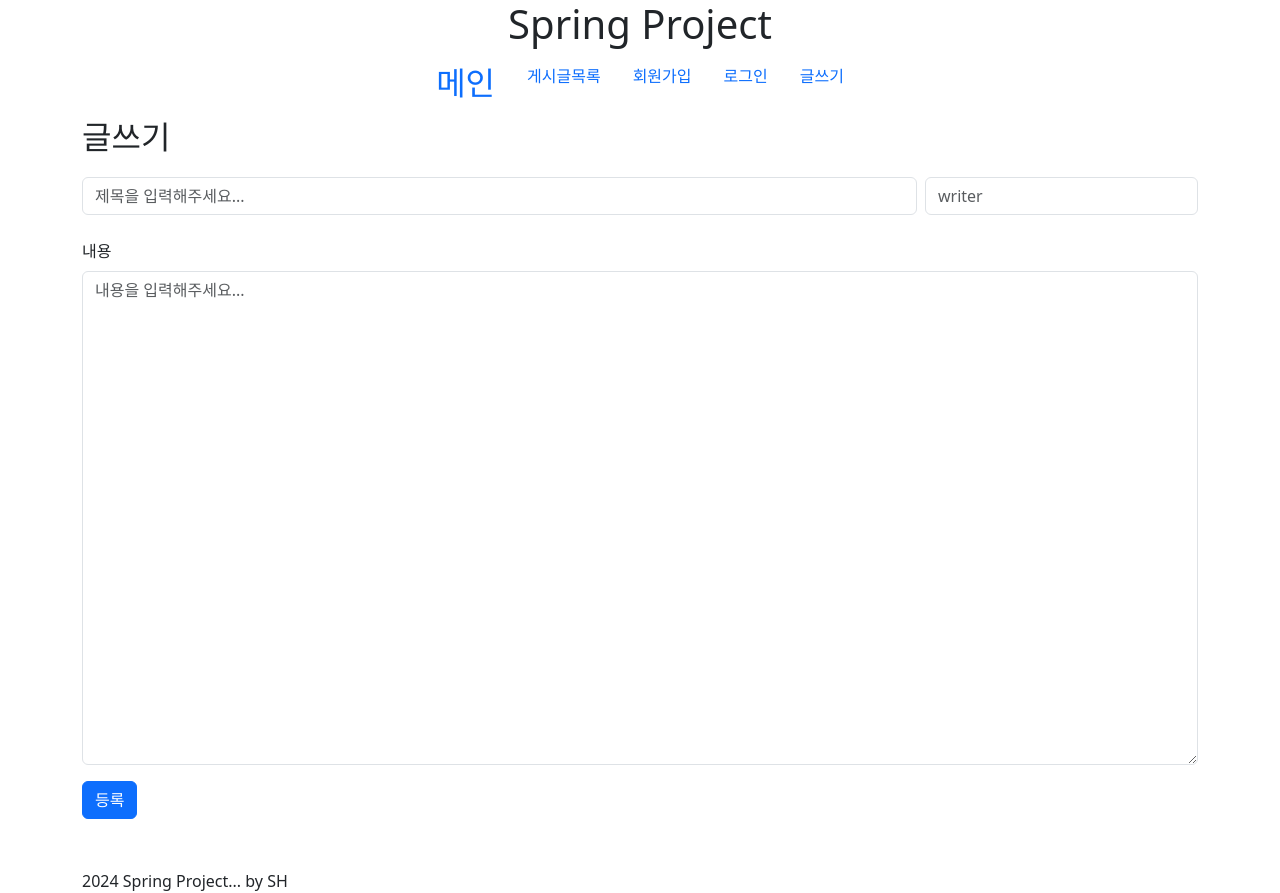
Repository: dtkd19/spring_personal_project
Page: http://localhost/myproject/WEB-INF/views/board/register.jsp
The author's editor kept a copy of each file at every save. The page is drawn from the files as they stood at one save, then again after the next save.
The browser window is 1280 px wide. The pictures show the whole page.
The page is served by Tomcat 9. Nobody is signed in. Other server files are loaded and not shown. The template is opened directly, without the code that normally fills it, so the values that code supplies are empty.

Above is the page before, as saved 2024-11-07 02:09:00.

### myproject/src/main/webapp/WEB-INF/views/board/register.jsp
<%@ page language="java" contentType="text/html; charset=UTF-8"
	pageEncoding="UTF-8"%>
<%@ taglib uri="http://java.sun.com/jsp/jstl/core" prefix="c"%>

<jsp:include page="../layout/header.jsp" />

<div class="container-md">
	<h2 style="margin-bottom: 20px">글쓰기</h2>
	<form action="/board/register" method="post">
		<div class="row g-2">
		  <div class="col-sm-9">
		   <input type="text"class="form-control" id="t" name="title" placeholder="제목을 입력해주세요...">
		  </div>
		  <div class="col-sm">
		    <input type="text" class="form-control" id="w" name="writer" placeholder="writer">
		  </div>
		</div>
		<div class="mb-3">
		<br>
			<label for="c" class="form-label">내용</label>
			<textarea class="form-control" id="c" rows="20" cols="5" name="content" placeholder="내용을 입력해주세요..."></textarea>
		</div>
		<button type="submit" class="btn btn-primary" id="regBtn">등록</button>
	</form>

</div>

<jsp:include page="../layout/footer.jsp" />

### myproject/src/main/webapp/WEB-INF/views/layout/header.jsp
<%@ page language="java" contentType="text/html; charset=UTF-8"
    pageEncoding="UTF-8"%><%@ taglib uri="http://java.sun.com/jsp/jstl/core" prefix="c"%>
<!DOCTYPE html>
<html>
<head>
<meta charset="UTF-8">
<title>header.jsp</title>
<link href="https://cdn.jsdelivr.net/npm/bootstrap@5.3.3/dist/css/bootstrap.min.css" rel="stylesheet" integrity="sha384-QWTKZyjpPEjISv5WaRU9OFeRpok6YctnYmDr5pNlyT2bRjXh0JMhjY6hW+ALEwIH" crossorigin="anonymous">
<script src="https://cdn.jsdelivr.net/npm/bootstrap@5.3.3/dist/js/bootstrap.bundle.min.js" integrity="sha384-YvpcrYf0tY3lHB60NNkmXc5s9fDVZLESaAA55NDzOxhy9GkcIdslK1eN7N6jIeHz" crossorigin="anonymous"></script>
</head>
<body>
<div class="container-md">
<h1 style="text-align: center;">
	Spring Project
</h1>
<ul class="nav justify-content-center">
  <li class="nav-item">
    <h2><a class="nav-link active" aria-current="page" href="/">메인</a></h2>
  </li>
  <li class="nav-item">
    <a class="nav-link" href="/board/list">게시글목록</a>
  </li>
  <li class="nav-item">
    <a class="nav-link" href="#">회원가입</a>
  </li>
  <li class="nav-item">
    <a class="nav-link" href="#">로그인</a>
  </li>
  <li class="nav-item">
    <a class="nav-link" href="/board/register">글쓰기</a>
  </li>
</ul>




</div>
</body>
</html>

### myproject/src/main/webapp/WEB-INF/views/layout/footer.jsp
<%@ page language="java" contentType="text/html; charset=UTF-8"
    pageEncoding="UTF-8"%>
<%@ taglib uri="http://java.sun.com/jsp/jstl/core" prefix="c"%>

	<div class="container-md">
		<div style= "vertical-align: middle; margin-top: 50px" >
		2024 Spring Project... by SH
		</div>
	</div>
</body>
</html>

After the next save:
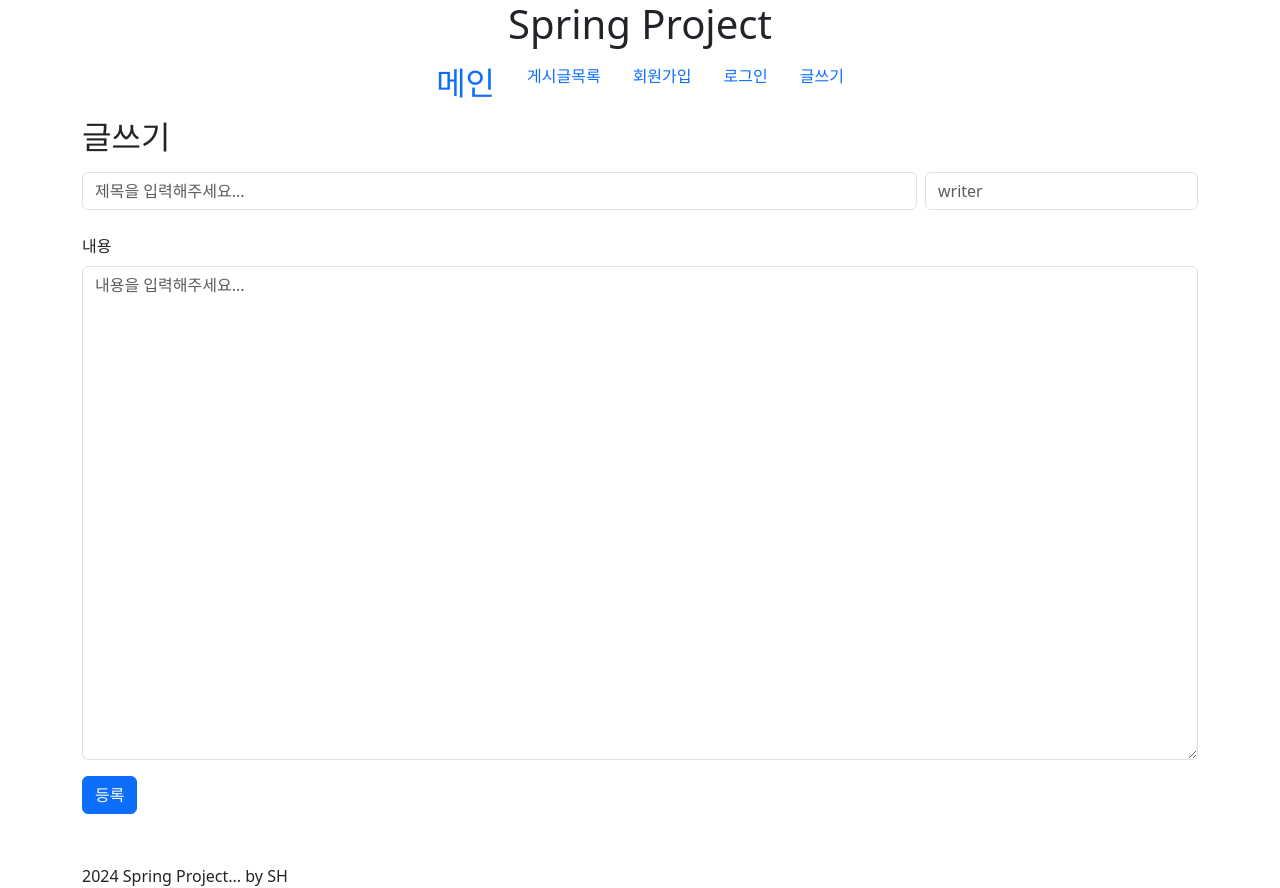
Saved 7 s later.
--- a/myproject/src/main/webapp/WEB-INF/views/board/register.jsp
+++ b/myproject/src/main/webapp/WEB-INF/views/board/register.jsp
@@ -5,7 +5,7 @@
 <jsp:include page="../layout/header.jsp" />
 
 <div class="container-md">
-	<h2 style="margin-bottom: 20px">글쓰기</h2>
+	<h2 style="margin-bottom: 15px">글쓰기</h2>
 	<form action="/board/register" method="post">
 		<div class="row g-2">
 		  <div class="col-sm-9">
